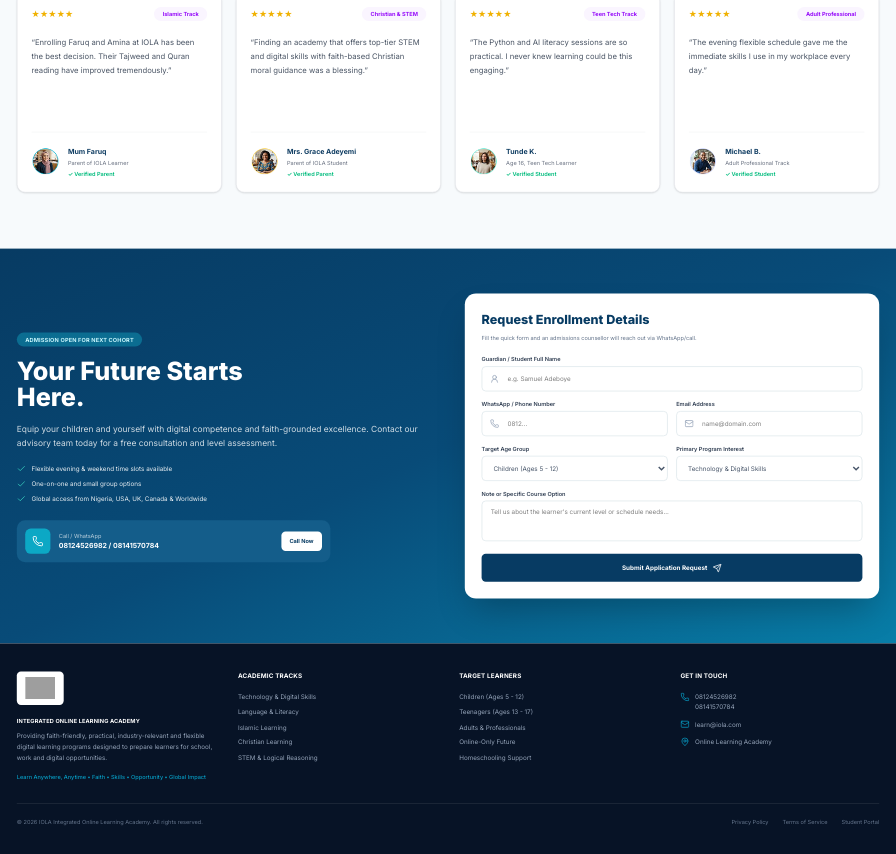
Repository: segunrotini/iola
Page: /
These files come from the project's save history. The page is drawn as it stood at one moment and after a run of saves; the edit follows.
The browser window is 1280 px wide. The pictures show the part of the page from y = 3033 to 4953 px (the page is 4253 px tall before and 4953 px after), at 70% of full size.
Pictures or frames that could not be fetched are drawn as grey boxes. The project was rebuilt for these pictures with package versions that can differ from the ones it lists, and the page was loaded fresh each time. Also part of the build but not shown: vite.config.ts.

Above is the page before, as saved 2026-10-05 16:31:30.

### index.html
<!doctype html>
<html lang="en">
  <head>
    <meta charset="UTF-8" />
    <link rel="icon" type="image/svg+xml" href="/favicon.svg" />
    <meta name="viewport" content="width=device-width, initial-scale=1.0" />
    <title>integrated-online-learning-academy</title>
  </head>
  <body>
    <div id="root"></div>
    <script type="module" src="/src/main.tsx"></script>
  </body>
</html>

### src/index.css
@import url('https://fonts.googleapis.com/css2?family=Inter:wght@400;500;600;700;800&family=Montserrat:wght@400;500;600;700;800&display=swap');
@import "tailwindcss";

:root {
	font-family: "Inter", "Montserrat", sans-serif;
}

### src/App.tsx


import Homepage from "./components/pages/public/Hompage";

function App() {
  return <Homepage />;
}

export default App;

### src/components/pages/public/Hompage.tsx
import Topbar from "../../home/topbar"
import Nav from "../../home/Nav"
import HeroSection from "../../home/Hero-section"
import WhyChooseUs from "../../home/WhyChooseUs"
import Programs from "../../home/Programs"
import Testimonials from "../../home/Testimonials"
import LearningProcess from "../../home/LearningProcess"
import AdmissionSection from "../../home/AdmissionSection"
import Footer from "../../home/Footer"
function Homepage() {
  return (
    <>


      <Topbar/>
      <Nav/>
      <HeroSection/>
      <WhyChooseUs/>
      <Programs/>
      <LearningProcess/>
      <Testimonials/>
      <AdmissionSection/>
      <Footer/>
    </>
  )
}
export default Homepage

### src/components/home/topbar.tsx
import { Mail, Phone, Sparkles } from "lucide-react";

const TopBar = () => {
  return (
    <div className="bg-[#003B5C] text-white">
      <div className="mx-auto flex max-w-7xl flex-col gap-2 px-4 py-2 text-[10px] sm:flex-row sm:items-center sm:justify-between sm:px-6 sm:text-xs">
        <div className="flex items-center gap-1.5">
          <Sparkles size={12} className="text-[#F4C542]" />
          <span>Faith • Skills • Opportunity • Global Impact</span>
        </div>

        <div className="flex flex-col items-start gap-2 sm:flex-row sm:items-center sm:gap-5">
          <a
            href="tel:+2348122452692"
            className="flex items-center gap-1.5 transition hover:text-[#5DE1E6]"
          >
            <Phone size={12} />
            <span>08122452692, 08141570784</span>
          </a>

          <a
            href="mailto:learn@iola.com"
            className="flex items-center gap-1.5 transition hover:text-[#5DE1E6]"
          >
            <Mail size={12} />
            <span>learn@iola.com</span>
          </a>

          <a
            href="#student-portal"
            className="rounded-md bg-[#0B5278] px-3 py-1.5 font-medium transition hover:bg-[#08658F]"
          >
            Student Portal
          </a>
        </div>
      </div>
    </div>
  );
};

export default TopBar;

### src/components/home/Nav.tsx
import { Menu, X } from "lucide-react";
import { useState } from "react";
import logo from "../../assets/logo.png";

const Navbar = () => {
  const [isOpen, setIsOpen] = useState(false);

  return (
    <nav className="relative bg-white shadow-sm">
      <div className="mx-auto flex max-w-7xl items-center justify-between px-4 py-3 sm:px-6">
        <a href="/" className="flex items-center">
          <img

            src={logo}
            alt="logo"
            className="h-12 w-auto object-contain"
          />
        </a>

        <div className="hidden items-center gap-8 lg:flex">
          <a
            href="#about"
            className="text-sm font-medium text-[#263746] transition hover:text-[#008DB2]"
          >
            About Us
          </a>

          <a
            href="#programs"
            className="text-sm font-medium text-[#263746] transition hover:text-[#008DB2]"
          >
            Our Programs
          </a>

          <a
            href="#faith-tracks"
            className="text-sm font-medium text-[#263746] transition hover:text-[#008DB2]"
          >
            Faith Tracks
          </a>

          <a
            href="#why-iola"
            className="text-sm font-medium text-[#263746] transition hover:text-[#008DB2]"
          >
            Why IOLA?
          </a>

          <a
            href="#admissions"
            className="text-sm font-medium text-[#263746] transition hover:text-[#008DB2]"
          >
            Admissions
          </a>
        </div>

        <div className="hidden items-center gap-3 lg:flex">
          <a
            href="#inquire"
            className="rounded-lg bg-[#F4F8FA] px-4 py-2 text-sm font-semibold text-[#164A6B] transition hover:bg-[#E8F1F5]"
          >
            Inquire
          </a>

          <a
            href="#enroll"
            className="rounded-lg bg-[#079BC2] px-4 py-2 text-sm font-semibold text-white shadow-sm transition hover:bg-[#0789AB]"
          >
            Enroll Now
          </a>
        </div>

        <button
          type="button"
          onClick={() => setIsOpen(!isOpen)}
          className="rounded-lg p-2 text-[#003B5C] lg:hidden"
          aria-label="Toggle navigation"
        >
          {isOpen ? <X size={24} /> : <Menu size={24} />}
        </button>
      </div>

      {isOpen && (
        <div className="border-t border-gray-100 bg-white px-4 pb-5 pt-3 lg:hidden">
          <div className="flex flex-col gap-1">
            <a
              href="#about"
              onClick={() => setIsOpen(false)}
              className="rounded-lg px-3 py-3 text-sm font-medium text-[#263746] hover:bg-[#F4F8FA]"
            >
              About Us
            </a>

            <a
              href="#programs"
              onClick={() => setIsOpen(false)}
              className="rounded-lg px-3 py-3 text-sm font-medium text-[#263746] hover:bg-[#F4F8FA]"
            >
              Our Programs
            </a>

            <a
              href="#faith-tracks"
              onClick={() => setIsOpen(false)}
              className="rounded-lg px-3 py-3 text-sm font-medium text-[#263746] hover:bg-[#F4F8FA]"
            >
              Faith Tracks
            </a>

            <a
              href="#why-iola"
              onClick={() => setIsOpen(false)}
              className="rounded-lg px-3 py-3 text-sm font-medium text-[#263746] hover:bg-[#F4F8FA]"
            >
              Why IOLA?
            </a>

            <a
              href="#admissions"
              onClick={() => setIsOpen(false)}
              className="rounded-lg px-3 py-3 text-sm font-medium text-[#263746] hover:bg-[#F4F8FA]"
            >
              Admissions
            </a>

            <div className="mt-2 flex gap-3 border-t border-gray-100 pt-4">
              <a
                href="#inquire"
                className="flex-1 rounded-lg bg-[#F4F8FA] px-4 py-2.5 text-center text-sm font-semibold text-[#164A6B]"
              >
                Inquire
              </a>

              <a
                href="#enroll"
                className="flex-1 rounded-lg bg-[#079BC2] px-4 py-2.5 text-center text-sm font-semibold text-white"
              >
                Enroll Now
              </a>
            </div>
          </div>
        </div>
      )}
    </nav>
  );
};

export default Navbar;

### src/components/home/WhyChooseUs.tsx
import {
  BookOpen,
  HeartHandshake,
  Laptop,
  Lightbulb,
  Users,
} from "lucide-react";

const features = [
  {
    icon: BookOpen,
    title: "EXPERT INSTRUCTORS",
    description:
      "Skilled and experienced educators focused on practical teaching.",
    iconBg: "bg-blue-100",
    iconColor: "text-blue-600",
  },
  {
    icon: Laptop,
    title: "FLEXIBLE LEARNING",
    description:
      "Learn at your own pace, anytime, anywhere with flexible learning.",
    iconBg: "bg-cyan-100",
    iconColor: "text-cyan-600",
  },
  {
    icon: Lightbulb,
    title: "PRACTICAL & HANDS-ON",
    description:
      "Real-world projects and practical activities for useful skills.",
    iconBg: "bg-sky-100",
    iconColor: "text-sky-600",
  },
  {
    icon: Users,
    title: "SUPPORTIVE COMMUNITY",
    description:
      "Learn, connect and grow with dedicated peers and educators.",
    iconBg: "bg-indigo-100",
    iconColor: "text-indigo-600",
  },
  {
    icon: HeartHandshake,
    title: "FAITH-FRIENDLY ENVIRONMENT",
    description:
      "Values-based learning that supports character and personal growth.",
    iconBg: "bg-amber-100",
    iconColor: "text-amber-500",
  },
];

const WhyChooseUs = () => {
  return (
    <section  className="bg-white py-16 sm:py-20">
      <div className="mx-auto max-w-7xl px-4 sm:px-6">
        <div className="mx-auto max-w-2xl text-center">
          <span className="inline-flex items-center rounded-md bg-[#073B63] px-4 py-1.5 text-[30px] font-bold text-white">
            WHY CHOOSE IOLA?
          </span>

          <h2 className="mt-4 text-2xl font-extrabold leading-tight text-[#073B63] sm:text-3xl">
            Built For Practical Mastery & Lifelong
            <br className="hidden sm:block" />
            Growth
          </h2>

          <p className="mt-3 text-xs leading-5 text-[#64748B] sm:text-sm">
            Every course at IOLA combines certified modern training methods
            with values-based mentoring.
          </p>
        </div>

        <div className="mt-10 grid gap-4 sm:grid-cols-2 lg:grid-cols-5">
          {features.map((feature) => {
            const Icon = feature.icon;

            return (
              <div
                key={feature.title}
                className="rounded-xl border border-[#E4EDF2] bg-[#F9FCFD] p-5 text-center shadow-sm transition duration-300 hover:-translate-y-1 hover:shadow-md"
              >
                <div
                  className={`mx-auto flex h-12 w-12 items-center justify-center rounded-xl ${feature.iconBg}`}
                >
                  <Icon size={22} className={feature.iconColor} />
                </div>

                <h3 className="mt-4 text-[11px] font-extrabold leading-4 text-[#073B63]">
                  {feature.title}
                </h3>

                <p className="mt-2 text-[10px] leading-4 text-[#64748B]">
                  {feature.description}
                </p>
              </div>
            );
          })}
        </div>
      </div>
    </section>
  );
};

export default WhyChooseUs;

### src/components/home/Testimonials.tsx


import parent1 from "../../assets/parent1.png";
import parent2 from "../../assets/parent2.png";
import student1 from "../../assets/student1.png";
import student2 from "../../assets/student2.png";
const testimonials = [
  {
    category: "Islamic Track",
    message:
      "Enrolling Faruq and Amina at IOLA has been the best decision. Their Tajweed and Quran reading have improved tremendously.",
    name: "Mum Faruq",
    role: "Parent of IOLA Learner",
    image: parent1,
    verified: "Verified Parent",
  },
  {
    category: "Christian & STEM",
    message:
      "Finding an academy that offers top-tier STEM and digital skills with faith-based Christian moral guidance was a blessing.",
    name: "Mrs. Grace Adeyemi",
    role: "Parent of IOLA Student",
    image: parent2,
    verified: "Verified Parent",
  },
  {
    category: "Teen Tech Track",
    message:
      "The Python and AI literacy sessions are so practical. I never knew learning could be this engaging.",
    name: "Tunde K.",
    role: "Age 16, Teen Tech Learner",
    image: student1,
    verified: "Verified Student",
  },
  {
    category: "Adult Professional",
    message:
      "The evening flexible schedule gave me the immediate skills I use in my workplace every day.",
    name: "Michael B.",
    role: "Adult Professional Track",
    image: student2,
    verified: "Verified Student",
  },
];
const Testimonials = () => {
  return (
    <section className="bg-[#f7fafc] py-20">
      <div className="mx-auto max-w-7xl px-6">
        <div className="mx-auto max-w-3xl text-center">
          <div className="mb-4 inline-flex items-center gap-2 rounded-full bg-cyan-100 px-4 py-1.5 text-[10px] font-bold uppercase tracking-wide text-cyan-700">
            <span>▣</span>
            REAL STORIES FROM OUR LEARNING COMMUNITY
          </div>

          <h2 className="text-3xl font-extrabold leading-tight text-[#063b68] md:text-4xl">
            What Parents, Students & Learners
            <br />
            Say
          </h2>

          <p className="mt-4 text-sm leading-6 text-gray-500">
            Discover how IOLA is transforming confidence, academic results,
            and practical skillsets worldwide.
          </p>
        </div>

        <div className="mt-12 grid gap-5 md:grid-cols-2 lg:grid-cols-4">
          {testimonials.map((testimonial) => (
            <div
              key={testimonial.name}
              className="flex min-h-71.5 flex-col rounded-xl border border-gray-200 bg-white p-5 shadow-sm"
            >
              <div className="flex items-center justify-between">
                <div className="text-[13px] tracking-wide text-yellow-500">
                  ★★★★★
                </div>

                <span className="rounded-full bg-purple-50 px-3 py-1 text-[8px] font-bold text-purple-600">
                  {testimonial.category}
                </span>
              </div>

              <p className="mt-5 text-[11px] leading-5 text-gray-600">
                “{testimonial.message}”
              </p>

              <div className="mt-auto border-t border-gray-100 pt-5">
                <div className="flex items-center gap-3">
                  <img
                    src={testimonial.image}
                    alt={testimonial.name}
                    className="h-10 w-10 rounded-full object-cover"
                  />

                  <div>
                    <h3 className="text-[10px] font-bold text-[#123f64]">
                      {testimonial.name}
                    </h3>

                    <p className="mt-0.5 text-[8px] text-gray-500">
                      {testimonial.role}
                    </p>

                    <p className="mt-1 text-[8px] font-semibold text-emerald-500">
                      ✓ {testimonial.verified}
                    </p>
                  </div>
                </div>
              </div>
            </div>
          ))}
        </div>
      </div>
    </section>
  );
};

export default Testimonials;

### src/components/home/LearningProcess.tsx

const learningSteps = [
  {
    number: "01",
    title: "Needs Assessment",
    description:
      "Initial diagnostic test to match your learner to the right level and mentor.",
  },
  {
    number: "02",
    title: "Live Interactive Classes",
    description:
      "Engaging, small-color video sessions with active core ideas and instant feedback.",
  },
  {
    number: "03",
    title: "Guided Project Work",
    description:
      "Students build websites, apps, fluency, or skills while practicing challenges and guidance.",
  },
  {
    number: "04",
    title: "Progress Reports & Certs",
    description:
      "Periodic parent reports, milestone tracking, and accredited course completion awards.",
  },
];

const LearningProcess = () => {
  return (
    <section className="bg-white py-16 sm:py-20">
      <div className="mx-auto max-w-7xl px-4 sm:px-6">
        <div className="mx-auto max-w-2xl text-center">
          <p className="text-[9px] font-bold uppercase tracking-[0.18em] text-[#079BC2]">
            The IOLA Experience
          </p>

          <h2 className="mt-2 text-2xl font-extrabold leading-tight text-[#073B63] sm:text-3xl">
            How Online Learning Works With Us
          </h2>

          <p className="mt-2 text-[10px] leading-5 text-[#64748B] sm:text-xs">
            Designed for maximum retention, practical versatility, and student
            confidence.
          </p>
        </div>

        <div className="mt-8 grid gap-4 sm:grid-cols-2 lg:grid-cols-4">
          {learningSteps.map((step) => (
            <div
              key={step.number}
              className="rounded-xl border border-[#E3ECF1] bg-[#F7FAFC] p-4 shadow-sm"
            >
              <div className="flex h-7 w-7 items-center justify-center rounded-md bg-[#E1F3FA] text-[10px] font-extrabold text-[#079BC2]">
                {step.number}
              </div>

              <h3 className="mt-4 text-[10px] font-extrabold text-[#073B63] sm:text-[11px]">
                {step.title}
              </h3>

              <p className="mt-2 text-[9px] leading-4 text-[#64748B] sm:text-[10px]">
                {step.description}
              </p>
            </div>
          ))}
        </div>
      </div>
    </section>
  );
};

export default LearningProcess;

### src/components/home/Footer.tsx
import {
  Mail,
  MapPin,
  Phone,
} from "lucide-react";

function Footer() {
  return (
    <section className="bg-[#071326] text-white">
      <div className="mx-auto max-w-7xl px-4 py-10 sm:px-6">
        <div className="grid gap-8 sm:grid-cols-2 lg:grid-cols-4">
          <div>
            <div className="inline-flex rounded-md bg-white px-3 py-2">
              <img
                src="/logo.png"
                alt="IOLA Logo"
                className="h-8 w-auto object-contain"
              />
            </div>

            <p className="mt-4 text-[8px] font-bold uppercase tracking-wide text-white">
              Integrated Online Learning Academy
            </p>

            <p className="mt-2 max-w-xs text-[9px] leading-4 text-[#94A3B8]">
              Providing faith-friendly, practical, industry-relevant and
              flexible digital learning programs designed to prepare learners
              for school, work and digital opportunities.
            </p>

            <p className="mt-3 text-[8px] font-medium text-[#079BC2]">
              Learn Anywhere, Anytime • Faith • Skills • Opportunity • Global
              Impact
            </p>
          </div>

          <div>
            <h3 className="text-[9px] font-bold uppercase tracking-wide text-white">
              Academic Tracks
            </h3>

            <ul className="mt-4 space-y-2 text-[9px] text-[#94A3B8]">
              <li>Technology & Digital Skills</li>
              <li>Language & Literacy</li>
              <li>Islamic Learning</li>
              <li>Christian Learning</li>
              <li>STEM & Logical Reasoning</li>
            </ul>
          </div>

          <div>
            <h3 className="text-[9px] font-bold uppercase tracking-wide text-white">
              Target Learners
            </h3>

            <ul className="mt-4 space-y-2 text-[9px] text-[#94A3B8]">
              <li>Children (Ages 5 - 12)</li>
              <li>Teenagers (Ages 13 - 17)</li>
              <li>Adults & Professionals</li>
              <li>Online-Only Future</li>
              <li>Homeschooling Support</li>
            </ul>
          </div>

          <div>
            <h3 className="text-[9px] font-bold uppercase tracking-wide text-white">
              Get In Touch
            </h3>

            <div className="mt-4 space-y-3">
              <a
                href="tel:+2348124526982"
                className="flex items-start gap-2 text-[9px] text-[#94A3B8] transition hover:text-white"
              >
                <Phone size={13} className="shrink-0 text-[#079BC2]" />
                <span>
                  08124526982
                  <br />
                  08141570784
                </span>
              </a>

              <a
                href="mailto:learn@iola.com"
                className="flex items-center gap-2 text-[9px] text-[#94A3B8] transition hover:text-white"
              >
                <Mail size={13} className="shrink-0 text-[#079BC2]" />
                <span>learn@iola.com</span>
              </a>

              <div className="flex items-start gap-2 text-[9px] text-[#94A3B8]">
                <MapPin size={13} className="shrink-0 text-[#079BC2]" />
                <span>Online Learning Academy</span>
              </div>
            </div>
          </div>
        </div>

        <div className="mt-8 border-t border-white/10 pt-5">
          <div className="flex flex-col gap-3 text-[8px] text-[#64748B] sm:flex-row sm:items-center sm:justify-between">
            <p>
              © 2026 IOLA Integrated Online Learning Academy. All rights
              reserved.
            </p>

            <div className="flex gap-5">
              <a href="#privacy" className="hover:text-white">
                Privacy Policy
              </a>

              <a href="#terms" className="hover:text-white">
                Terms of Service
              </a>

              <a href="#student-portal" className="hover:text-white">
                Student Portal
              </a>
            </div>
          </div>
        </div>
      </div>
    </section>
  );
};

export default Footer;

### src/components/home/Abouthero.tsx
const stats = [
  {
    value: "500+",
    label: "Active Learners",
  },
  {
    value: "98%",
    label: "Completion & Satisfaction",
  },
  {
    value: "4",
    label: "Continents",
  },
  {
    value: "100%",
    label: "Values-Aligned Mentors",
  },
];

function AboutHero() {
  return (
    <section className="bg-white px-6 py-16 md:px-10 lg:px-16 lg:py-24">
      <div className="mx-auto max-w-7xl">
        <div className="mb-10 flex items-center gap-2 text-sm text-gray-500">
          <span>Home</span>
          <span>/</span>
          <span className="font-medium text-gray-900">About Us</span>
        </div>

        <div className="max-w-4xl">
          <h1 className="text-4xl font-bold leading-tight tracking-tight text-gray-900 md:text-5xl lg:text-6xl">
            Empowering Minds, Nurturing Values, Building Futures.
          </h1>

          <p className="mt-6 max-w-3xl text-base leading-8 text-gray-600 md:text-lg">
            At IOLA, we believe education goes beyond acquiring knowledge. We
            empower learners with practical skills, strong values, and the
            confidence to create meaningful impact in their communities and
            around the world.
          </p>
        </div>

        <div className="mt-14 grid grid-cols-1 gap-4 sm:grid-cols-2 lg:grid-cols-4">
          {stats.map((stat) => (
            <div
              key={stat.label}
              className="rounded-2xl border border-gray-200 bg-gray-50 p-6"
            >
              <h2 className="text-3xl font-bold text-gray-900 md:text-4xl">
                {stat.value}
              </h2>

              <p className="mt-2 text-sm leading-6 text-gray-600">
                {stat.label}
              </p>
            </div>
          ))}
        </div>
      </div>
    </section>
  );
};

export default AboutHero;

### src/components/pages/public/Aboutus.tsx

import AboutHero from "../../home/Abouthero";

function AboutUs() {
  return <AboutHero />;
}

export default AboutUs;

Loaded but not shown: src/main.tsx (common file); src/components/home/Programs.tsx (316 lines, source omitted); src/components/home/Hero-section.tsx (160 lines, source omitted); src/components/home/AdmissionSection.tsx (201 lines, source omitted)

After the next 2 saves:
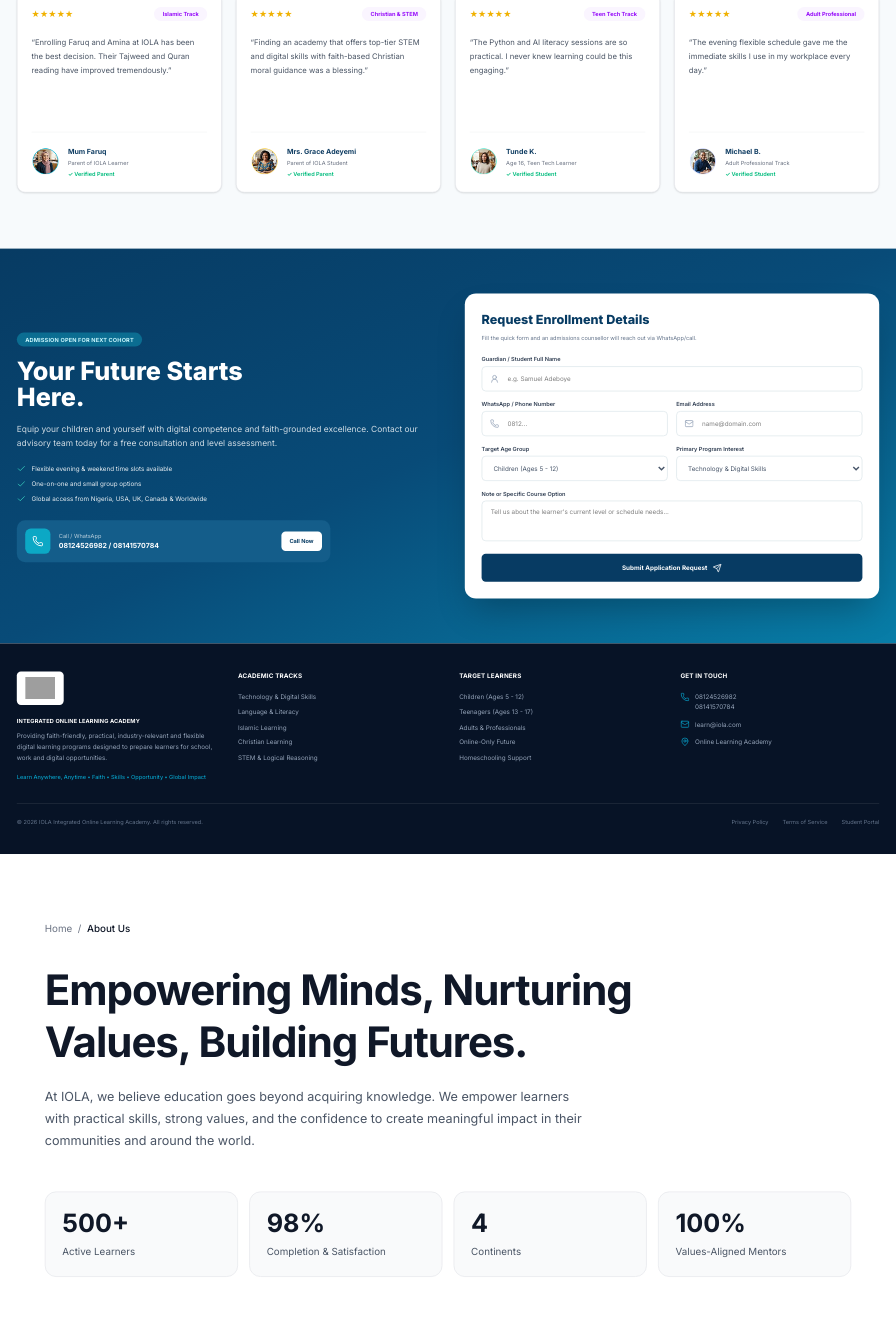
The 2 saves are shown as one change because 1 did not build or start.
The last was saved 57 s later.
--- a/src/App.tsx
+++ b/src/App.tsx
@@ -1,9 +1,14 @@
 
-
+import AboutUs from "./components/pages/public/Aboutus";
 import Homepage from "./components/pages/public/Hompage";
 
 function App() {
-  return <Homepage />;
+  return (
+    <>
+      <Homepage />
+      <AboutUs />
+    </>
+  );
 }
 
 export default App;
--- a/src/components/home/Abouthero.tsx
+++ b/src/components/home/Abouthero.tsx
@@ -19,7 +19,7 @@
 
 function AboutHero() {
   return (
-    <section className="bg-white px-6 py-16 md:px-10 lg:px-16 lg:py-24">
+    <section id="about" className="bg-white px-6 py-16 md:px-10 lg:px-16 lg:py-24">
       <div className="mx-auto max-w-7xl">
         <div className="mb-10 flex items-center gap-2 text-sm text-gray-500">
           <span>Home</span>
